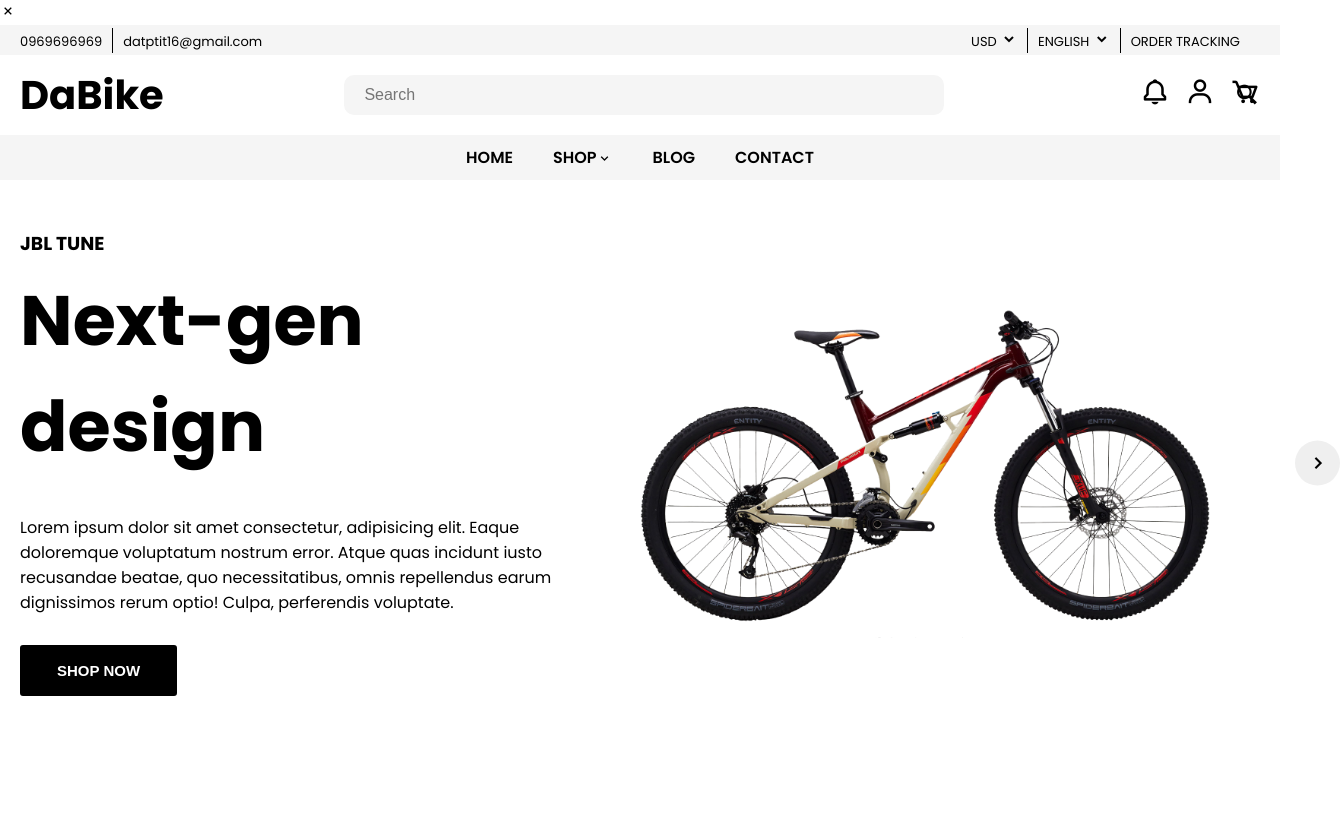
Repository: Datt21/DacMaxx
Page: index.html
These files come from the project's save history. The page is drawn as it stood at one moment and after the next save; the edit follows.
The browser window is 1280 px wide. The page is 1340 px wide, so the pictures cover 1340 px, including what lies to the right of the window. The pictures show the whole page.

Above is the page before, as saved 2021-07-06 01:41:48.

After the next save:
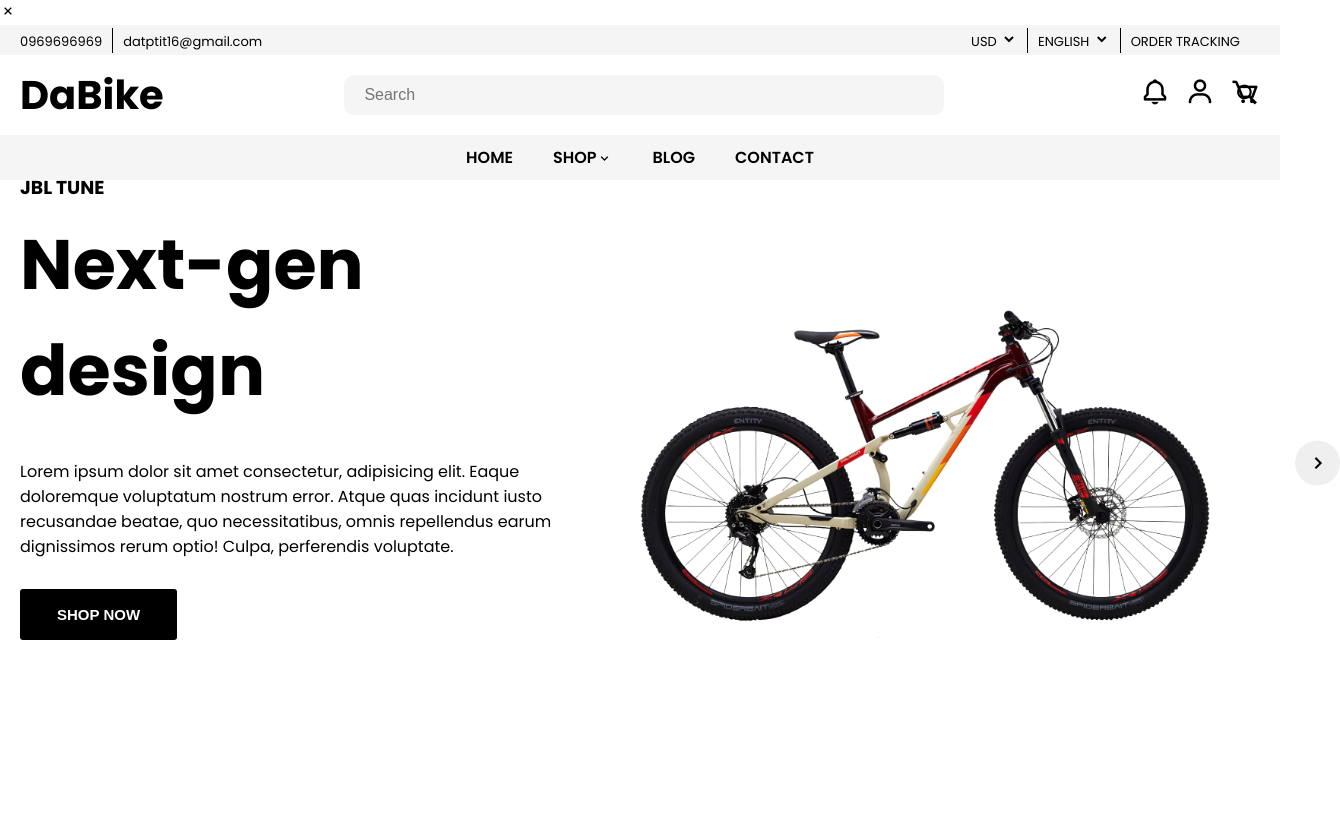
Saved 2 min 46 s later.
--- a/css/app.css
+++ b/css/app.css
@@ -317,7 +317,7 @@ ul.devided > li:last-child{
     width: 50%;
     display: flex;
     flex-direction: column;
-    height: 100%;
+    height: 80%;
     justify-content: center;
 }
 
